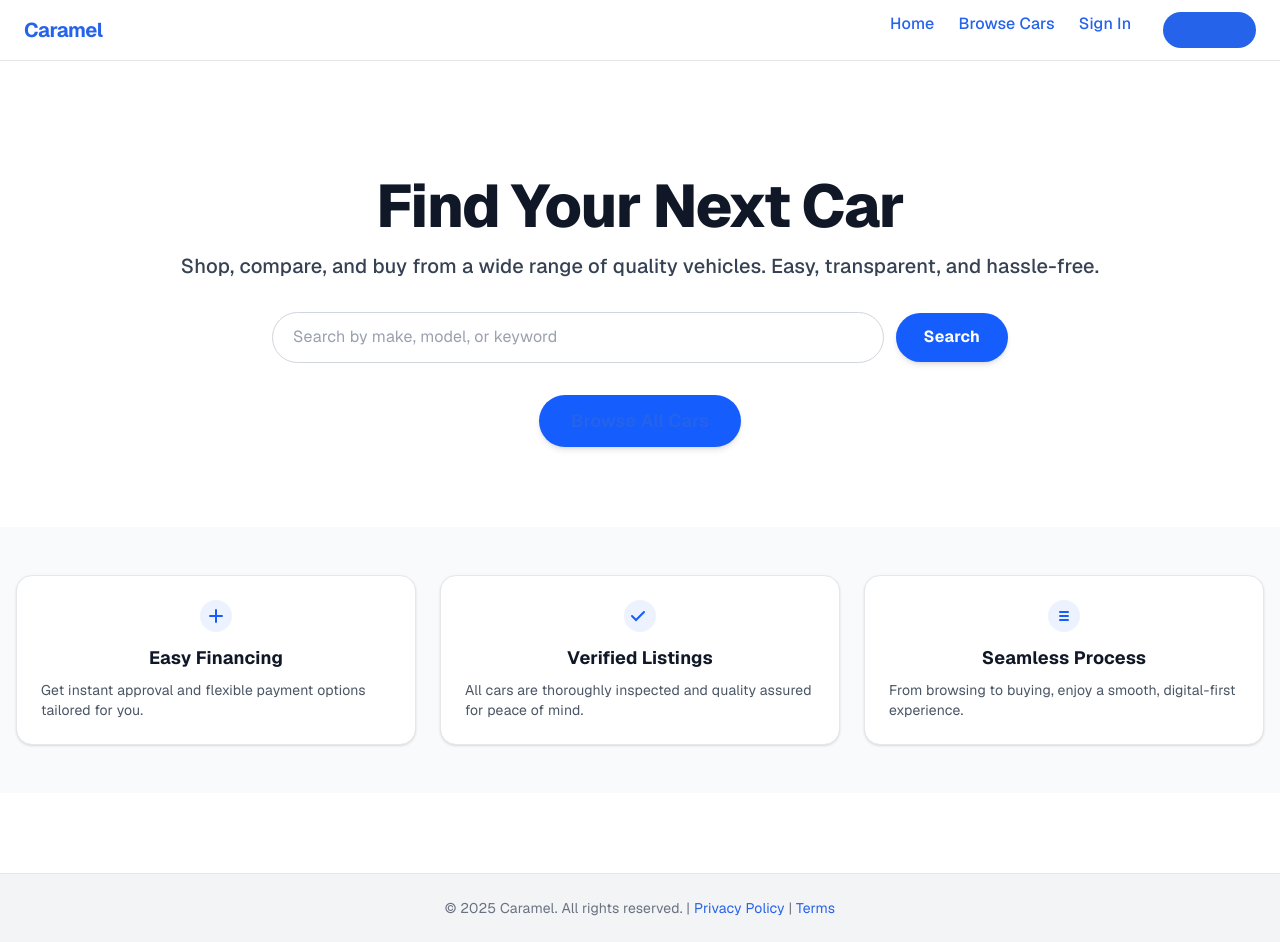
Repository: virat07/sellyourcar
Page: /
An editor plug-in stored every save of this project. The page is shown before and after the next save, followed by the edit.
The browser window is 1280 px wide. The pictures show the whole page.
The project was rebuilt for these pictures with package versions that can differ from the ones it lists, and the page was loaded fresh each time. The framework's server and built-in components were replaced by stand-ins that run in the browser. Also part of the build but not shown: next.config.ts.

Above is the page before, as saved 2025-07-18 15:33:31.

### src/app/layout.tsx
import type { Metadata } from "next";
import { Geist, Geist_Mono } from "next/font/google";
import "./globals.css";
import NavBar from "../components/NavBar";

const geistSans = Geist({
  variable: "--font-geist-sans",
  subsets: ["latin"],
});

const geistMono = Geist_Mono({
  variable: "--font-geist-mono",
  subsets: ["latin"],
});

export const metadata: Metadata = {
  title: "Create Next App",
  description: "Generated by create next app",
};

export default function RootLayout({
  children,
}: Readonly<{
  children: React.ReactNode;
}>) {
  return (
    <html lang="en">
      <body
        className={`${geistSans.variable} ${geistMono.variable} antialiased text-[var(--foreground)]`}
      >
        <NavBar />
        <div className="w-full px-0 pt-24 pb-12 min-h-[80vh]">
          {children}
        </div>
        <footer className="w-full bg-gray-100 border-t border-gray-200 py-6 mt-8">
          <div className="max-w-7xl mx-auto px-4 text-center text-gray-500 text-sm">
            &copy; {new Date().getFullYear()} Caramel. All rights reserved. | <a href="#" className="text-blue-600 hover:underline">Privacy Policy</a> | <a href="#" className="text-blue-600 hover:underline">Terms</a>
          </div>
        </footer>
      </body>
    </html>
  );
}

### src/app/page.tsx
import Link from "next/link";

export default function Home() {
  return (
    <main className=" bg-white">
      <div >
        <section className="w-full text-center py-20">
          <h1 className="text-5xl sm:text-6xl font-extrabold tracking-tight mb-4 text-gray-900">
            Find Your Next Car
          </h1>
          <p className="text-lg sm:text-xl text-gray-700 font-medium mb-8">
            Shop, compare, and buy from a wide range of quality vehicles. Easy, transparent, and hassle-free.
          </p>
          {/* Search Bar (not functional) */}
          <form className="w-full flex flex-col sm:flex-row items-center gap-3 mb-8 px-4 max-w-3xl mx-auto">
            <input
              type="text"
              placeholder="Search by make, model, or keyword"
              className="flex-1 px-5 py-3 rounded-full border border-gray-300 focus:border-blue-500 focus:ring-2 focus:ring-blue-200 outline-none text-lg bg-white text-gray-900 placeholder:text-gray-400"
              aria-label="Search cars"
            />
            <button
              type="submit"
              className="px-7 py-3 bg-blue-600 text-white font-bold rounded-full shadow-md hover:bg-blue-700 transition-all text-lg"
            >
              Search
            </button>
          </form>
          <Link
            href="/cars"
            className="inline-block px-8 py-3 bg-blue-600 text-white text-lg font-semibold rounded-full shadow-md hover:bg-blue-700 transition"
          >
            Browse All Cars
          </Link>
        </section>
      </div>
      <section className="w-full bg-gray-50 py-12">
        <div className="max-w-7xl mx-auto px-4 grid grid-cols-1 sm:grid-cols-3 gap-6">
          <div className="bg-white border border-gray-200 rounded-2xl p-6 shadow-sm flex flex-col items-center">
            <svg width="32" height="32" fill="none" className="mb-3 text-blue-600"><circle cx="16" cy="16" r="16" fill="currentColor" fillOpacity="0.08"/><path d="M10 16h12M16 10v12" stroke="currentColor" strokeWidth="2" strokeLinecap="round"/></svg>
            <h3 className="font-bold text-lg mb-2 text-gray-900">Easy Financing</h3>
            <p className="text-sm text-gray-600">Get instant approval and flexible payment options tailored for you.</p>
          </div>
          <div className="bg-white border border-gray-200 rounded-2xl p-6 shadow-sm flex flex-col items-center">
            <svg width="32" height="32" fill="none" className="mb-3 text-blue-600"><circle cx="16" cy="16" r="16" fill="currentColor" fillOpacity="0.08"/><path d="M8 16l4 4 8-8" stroke="currentColor" strokeWidth="2" strokeLinecap="round"/></svg>
            <h3 className="font-bold text-lg mb-2 text-gray-900">Verified Listings</h3>
            <p className="text-sm text-gray-600">All cars are thoroughly inspected and quality assured for peace of mind.</p>
          </div>
          <div className="bg-white border border-gray-200 rounded-2xl p-6 shadow-sm flex flex-col items-center">
            <svg width="32" height="32" fill="none" className="mb-3 text-blue-600"><circle cx="16" cy="16" r="16" fill="currentColor" fillOpacity="0.08"/><path d="M12 20h8M12 16h8M12 12h8" stroke="currentColor" strokeWidth="2" strokeLinecap="round"/></svg>
            <h3 className="font-bold text-lg mb-2 text-gray-900">Seamless Process</h3>
            <p className="text-sm text-gray-600">From browsing to buying, enjoy a smooth, digital-first experience.</p>
          </div>
        </div>
      </section>
    </main>
  );
}

### src/app/globals.css
@import "tailwindcss";

:root {
  --background: #fff;
  --accent: #2563eb;
  --border: #e5e7eb;
}

body {
  background: #fff;
  color: var(--foreground);
  font-family: var(--font-geist-sans, Arial, Helvetica, sans-serif);
  font-weight: 400;
  letter-spacing: 0.01em;
  line-height: 1.6;
  margin: 0;
  padding: 0;
}

* {
  box-sizing: border-box;
}

a {
  color: var(--accent);
  text-decoration: none;
  transition: color 0.2s;
}
a:hover {
  text-decoration: underline;
  color: #1d4ed8;
}

input, button, textarea, select {
  font-family: inherit;
  font-size: 1rem;
}

### src/components/NavBar.tsx
import Link from "next/link";

export default function NavBar() {
  return (
    <nav className="w-full bg-white border-b border-[var(--border)] py-3 px-6 flex items-center justify-between fixed top-0 left-0 z-50 shadow-none">
      <div className="text-xl font-bold tracking-tight text-[var(--accent)]">
        <Link href="/">Caramel</Link>
      </div>
      <div className="flex gap-6 text-base font-medium">
        <Link href="/" className="hover:text-[var(--accent)] transition-colors">Home</Link>
        <Link href="/cars" className="hover:text-[var(--accent)] transition-colors">Browse Cars</Link>
        <Link href="/auth/signin" className="hover:text-[var(--accent)] transition-colors">Sign In</Link>
        <Link href="/auth/signup" className="ml-2 px-4 py-1.5 bg-[var(--accent)] text-white rounded-full hover:bg-blue-700 transition-colors font-semibold">Sign Up</Link>
      </div>
    </nav>
  );
}

After the next save:
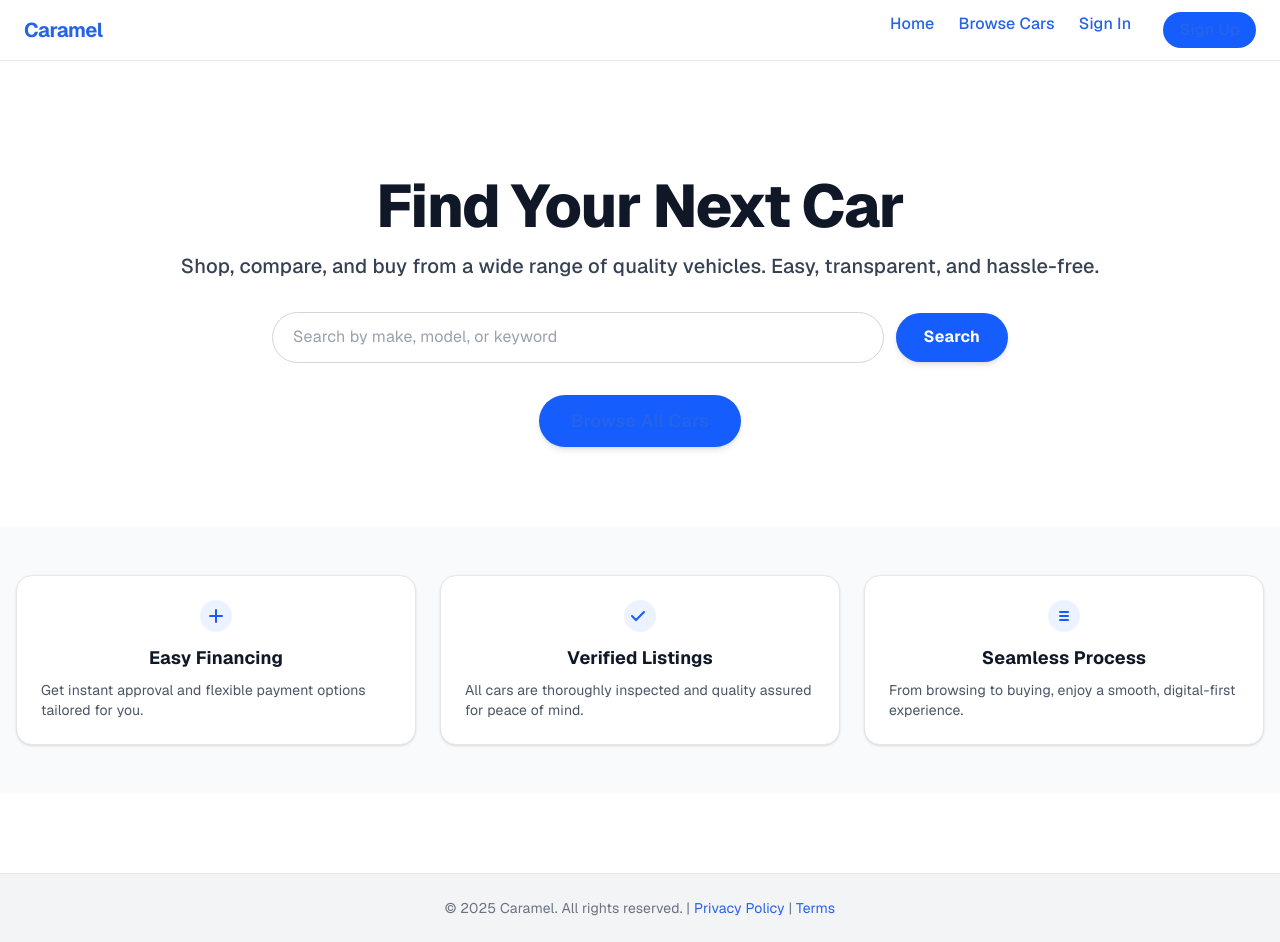
Saved 109 s later.
--- a/src/components/NavBar.tsx
+++ b/src/components/NavBar.tsx
@@ -10,7 +10,9 @@ export default function NavBar() {
         <Link href="/" className="hover:text-[var(--accent)] transition-colors">Home</Link>
         <Link href="/cars" className="hover:text-[var(--accent)] transition-colors">Browse Cars</Link>
         <Link href="/auth/signin" className="hover:text-[var(--accent)] transition-colors">Sign In</Link>
-        <Link href="/auth/signup" className="ml-2 px-4 py-1.5 bg-[var(--accent)] text-white rounded-full hover:bg-blue-700 transition-colors font-semibold">Sign Up</Link>
+        <Link href="/auth/signup" className="ml-2 px-4 py-1.5 bg-blue-600 text-white rounded-full hover:bg-blue-700 transition-colors font-semibold">
+          Sign Up
+        </Link>
       </div>
     </nav>
   );
